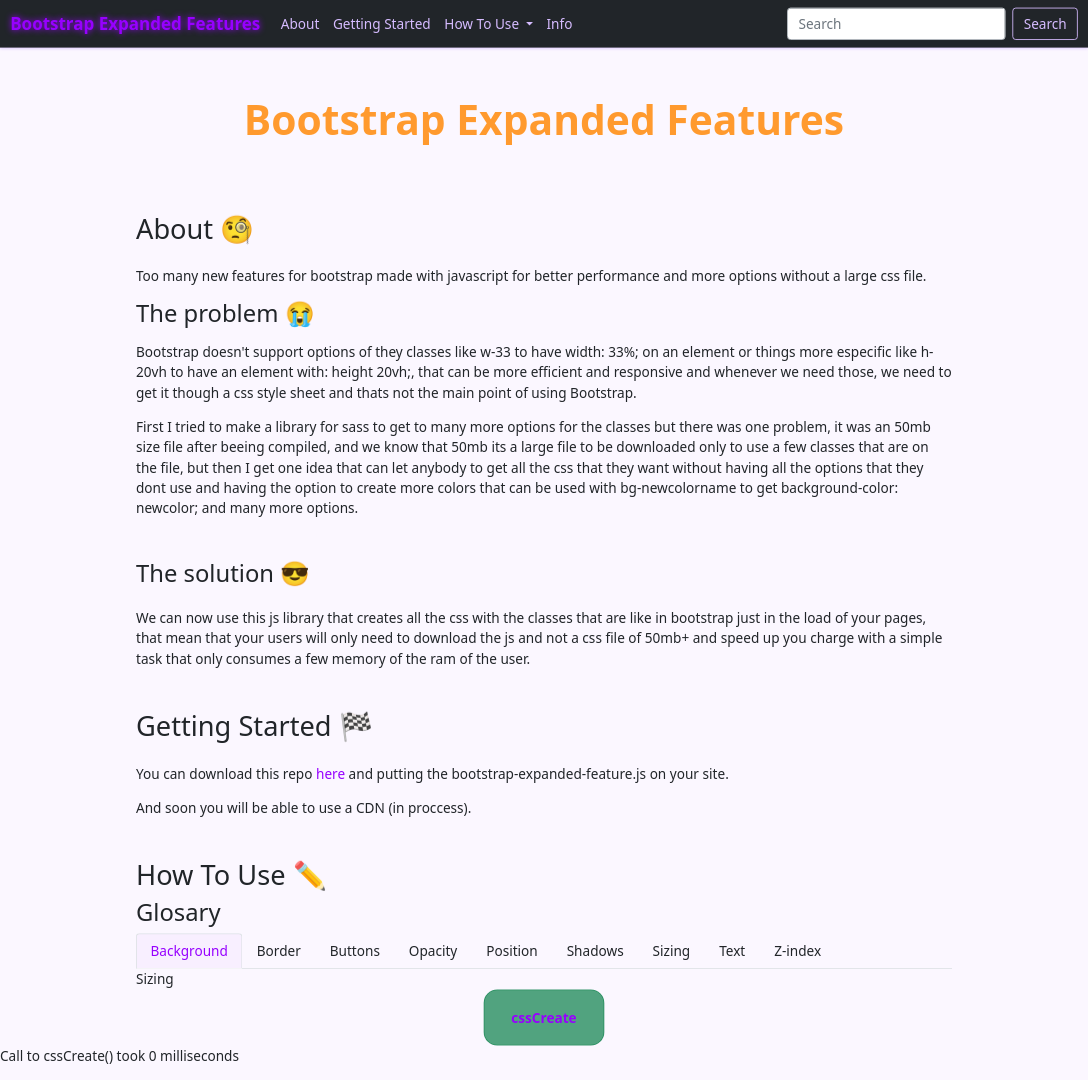
Repository: LynxPardelle/bootstrap-expanded-features
Page: index.html
These files come from the project's save history. The page is drawn as it stood at one moment and after the next save; the edit follows.
The browser window is 1280 px wide. The pictures show the whole page, at 85% of full size.

Above is the page before, as saved 2022-01-02 04:53:02.

After the next save:
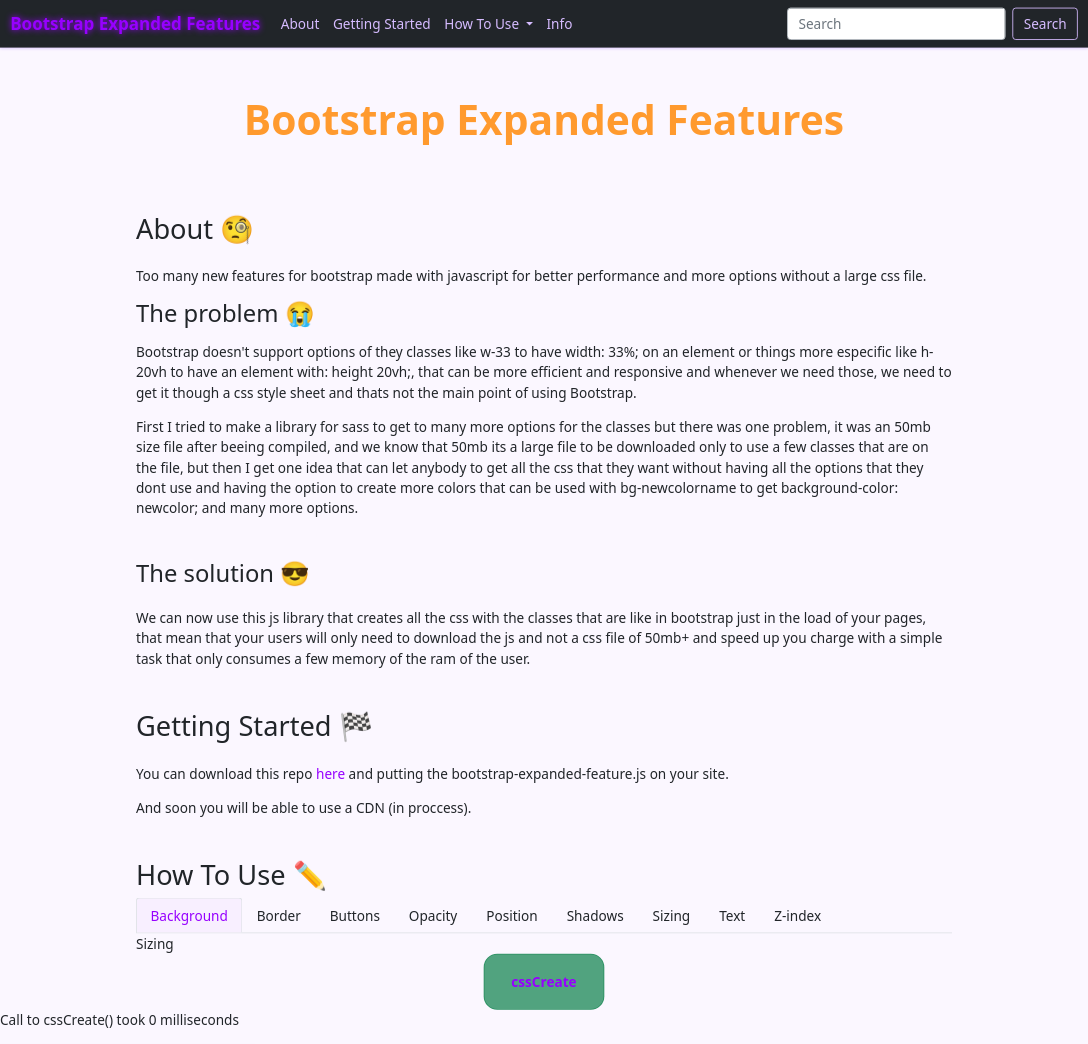
Saved 17 s later.
--- a/index.html
+++ b/index.html
@@ -200,7 +200,6 @@
           <a id="howToUse"></a>
           <h2>How To Use ✏️</h2>
           <article>
-            <h3>Glosary</h3>
             <nav>
               <div class="nav nav-tabs" id="nav-tab" role="tablist">
                 <button
